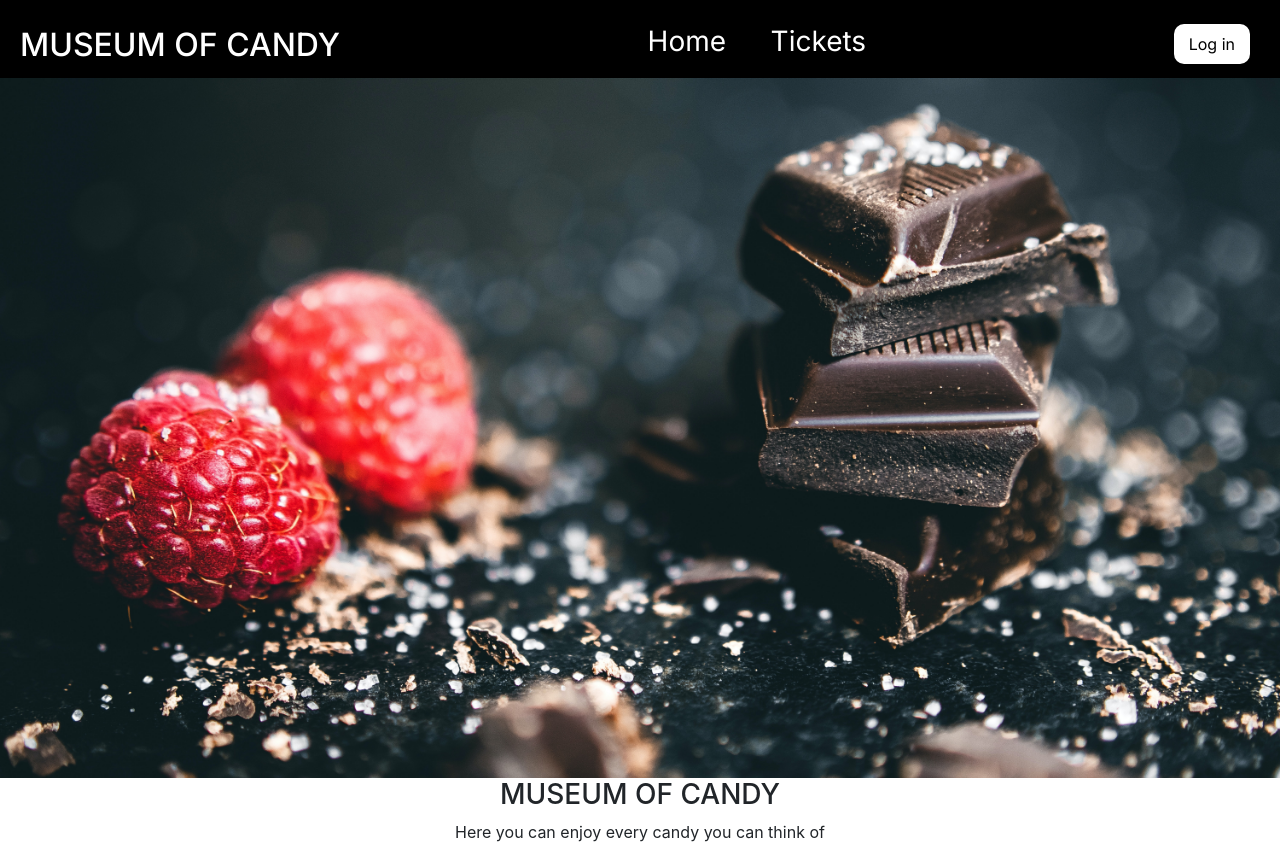
Repository: m-koparanova/MuseumOfCandy
Page: index.html
An editor plug-in stored every save of this project. The page is shown before and after the next save, followed by the edit.
The browser window is 1280 px wide. The pictures show the whole page.

Above is the page before, as saved 2023-03-05 19:36:04.

After the next save:
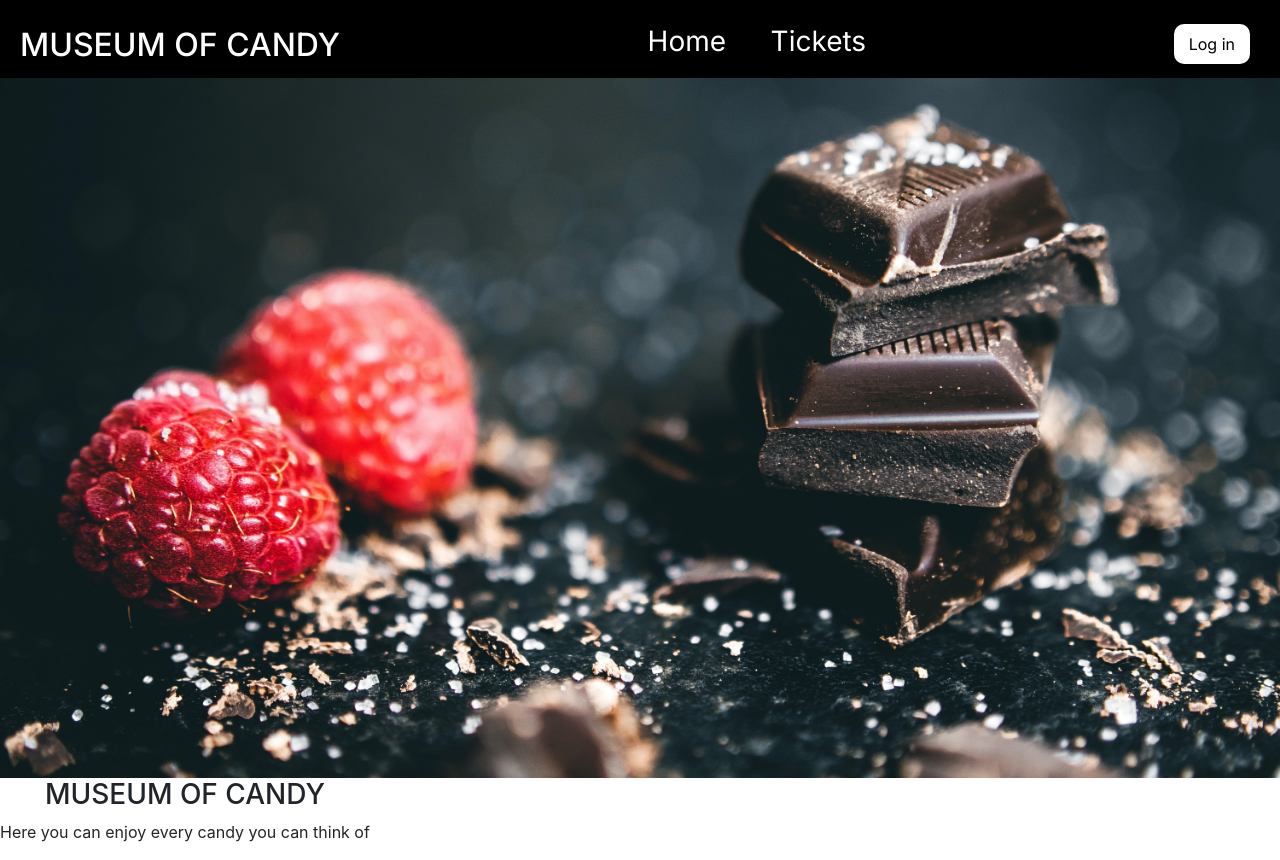
Saved 11 s later.
--- a/style.css
+++ b/style.css
@@ -69,3 +69,7 @@
     width: 100%;
     height: 700px;
 }
+
+.text-container{
+    position: absolute;
+}
